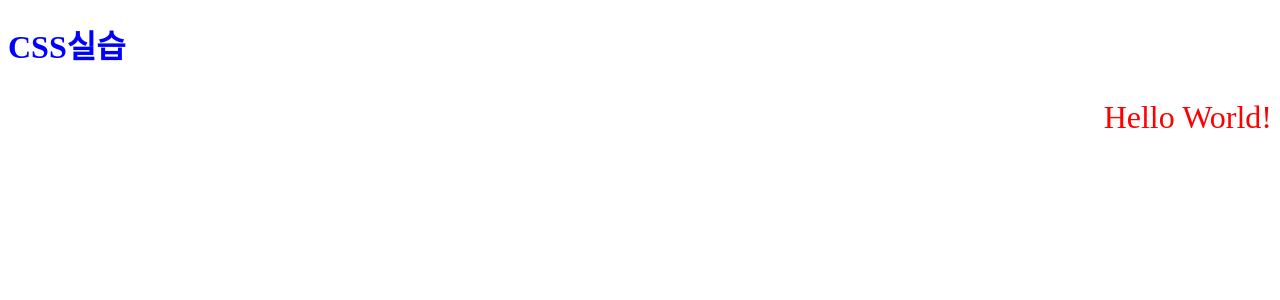
Repository: ashojm/WebWork
Page: Web/first.html
The author's editor kept a copy of each file at every save. The page is drawn from the files as they stood at one save, then again after the next save.
The browser window is 1280 px wide. The pictures show the whole page.

Above is the page before, as saved 2015-11-12 15:54:55.

After the next save:
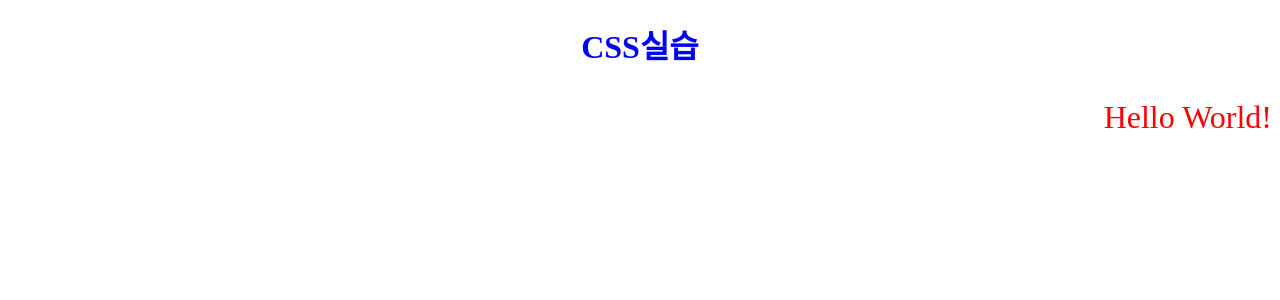
Saved 10 s later.
--- a/Web/first.html
+++ b/Web/first.html
@@ -4,7 +4,7 @@
 		<meta charset="UTF-8">
 		<style>
 			p {color:red;font-size:200%;text-align:right}
-			h1{color:blue}
+			h1{color:blue;text-align:center}
 		</style>
 		<title>제목입니다.</title>
 	</head>
